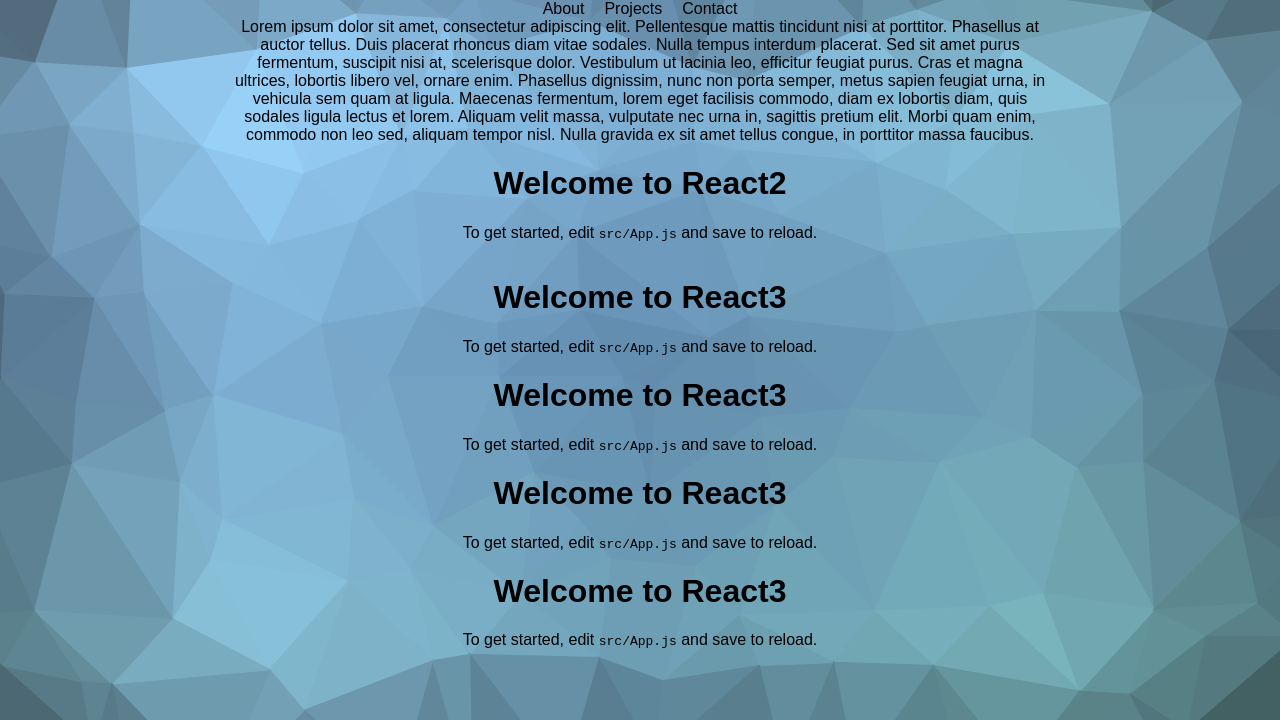
Repository: jordanCain/Education
Page: /
These files come from the project's save history. The page is drawn as it stood at one moment and after the next save; the edit follows.
The browser window is 1280 px wide. The pictures show the whole page.
The project was rebuilt for these pictures with package versions that can differ from the ones it lists, and the page was loaded fresh each time.

Above is the page before, as saved 2018-07-16 21:47:26.

After the next save:
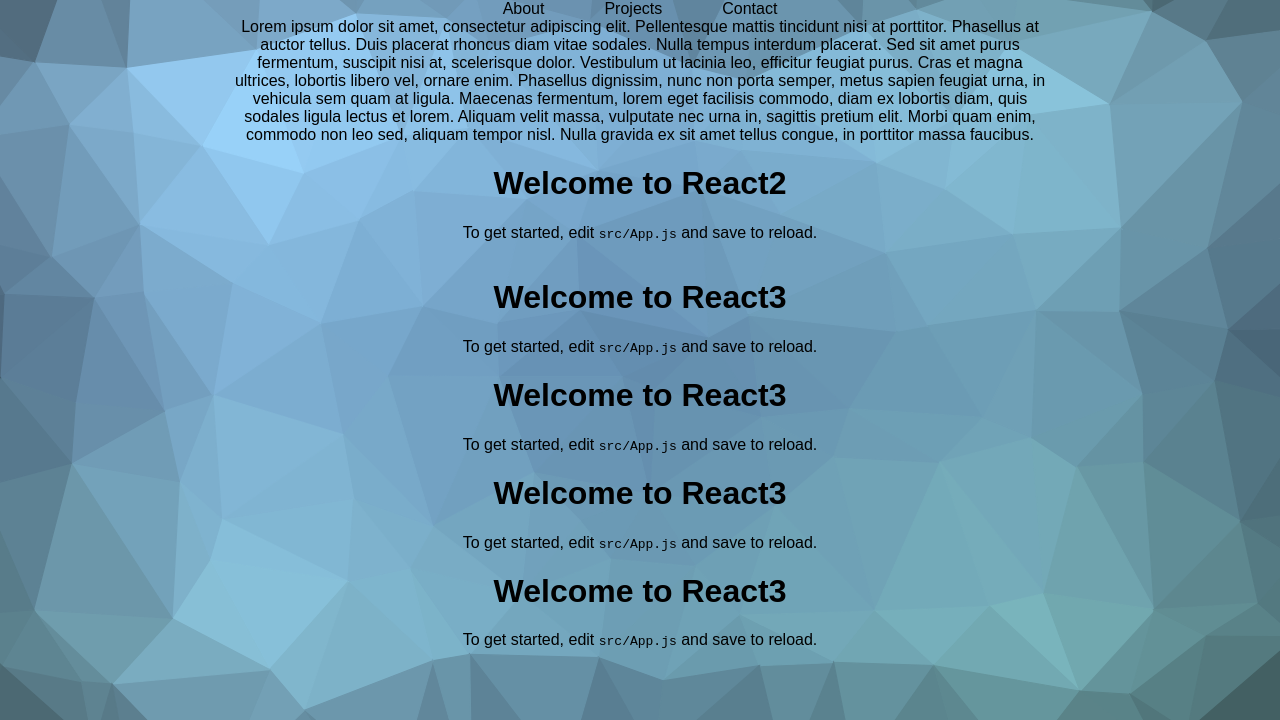
Saved 7 s later.
--- a/src/style.css
+++ b/src/style.css
@@ -13,5 +13,5 @@
 }
 
 .menuItem {
-  margin: 10px
+  margin: 30px
 }
